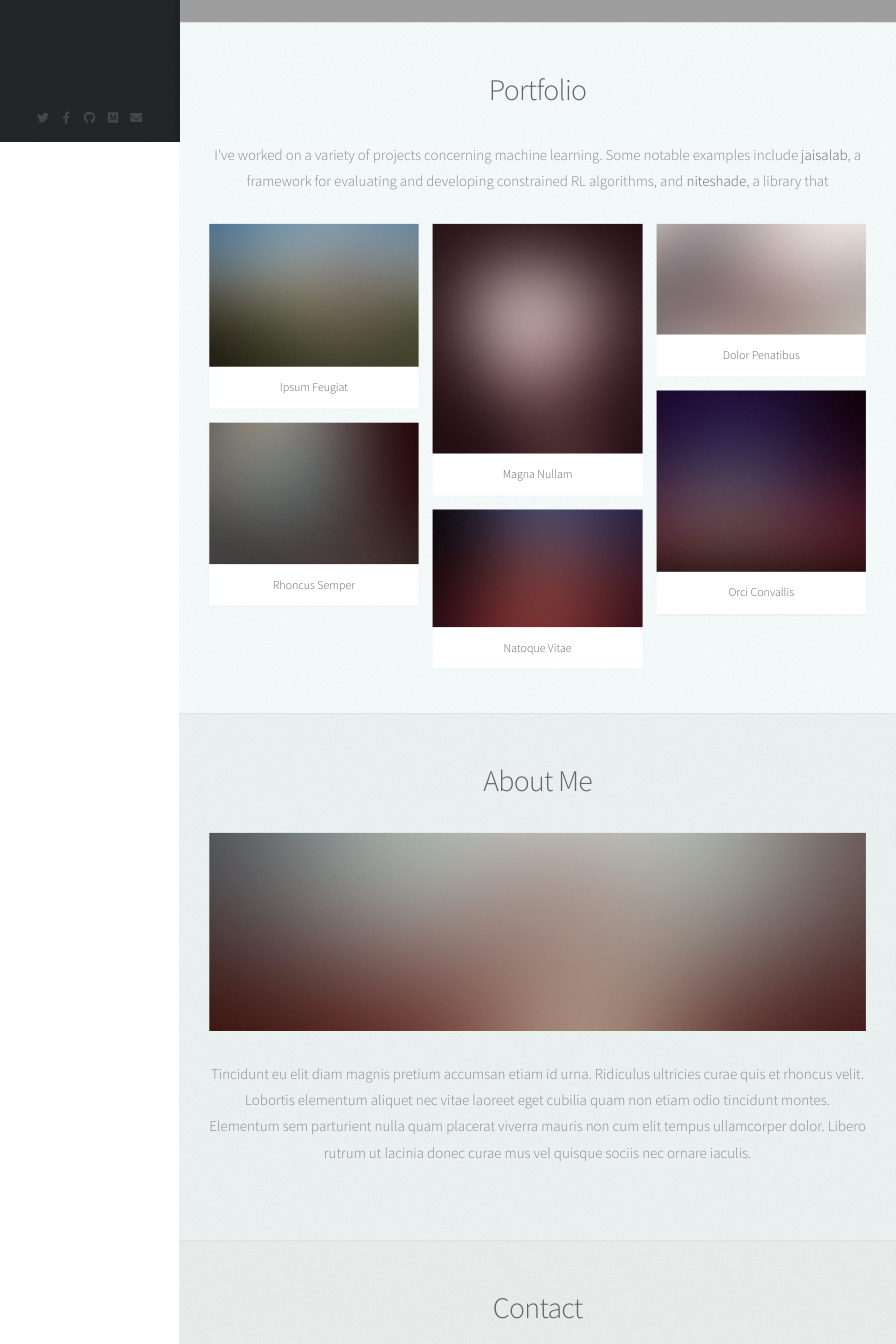
Repository: jaimesabalimperial/jaimesabalimperial.github.io
Page: index.html
The author's editor kept a copy of each file at every save. The page is drawn from the files as they stood at one save, then again after a run of saves.
The browser window is 1280 px wide. The pictures show the part of the page from y = 517 to 2437 px (the page is 3303 px tall before and 3341 px after), at 70% of full size.
Pictures or frames that could not be fetched are drawn as grey boxes.

Above is the page before, as saved 2022-10-04 11:56:22.

After the next 2 saves:
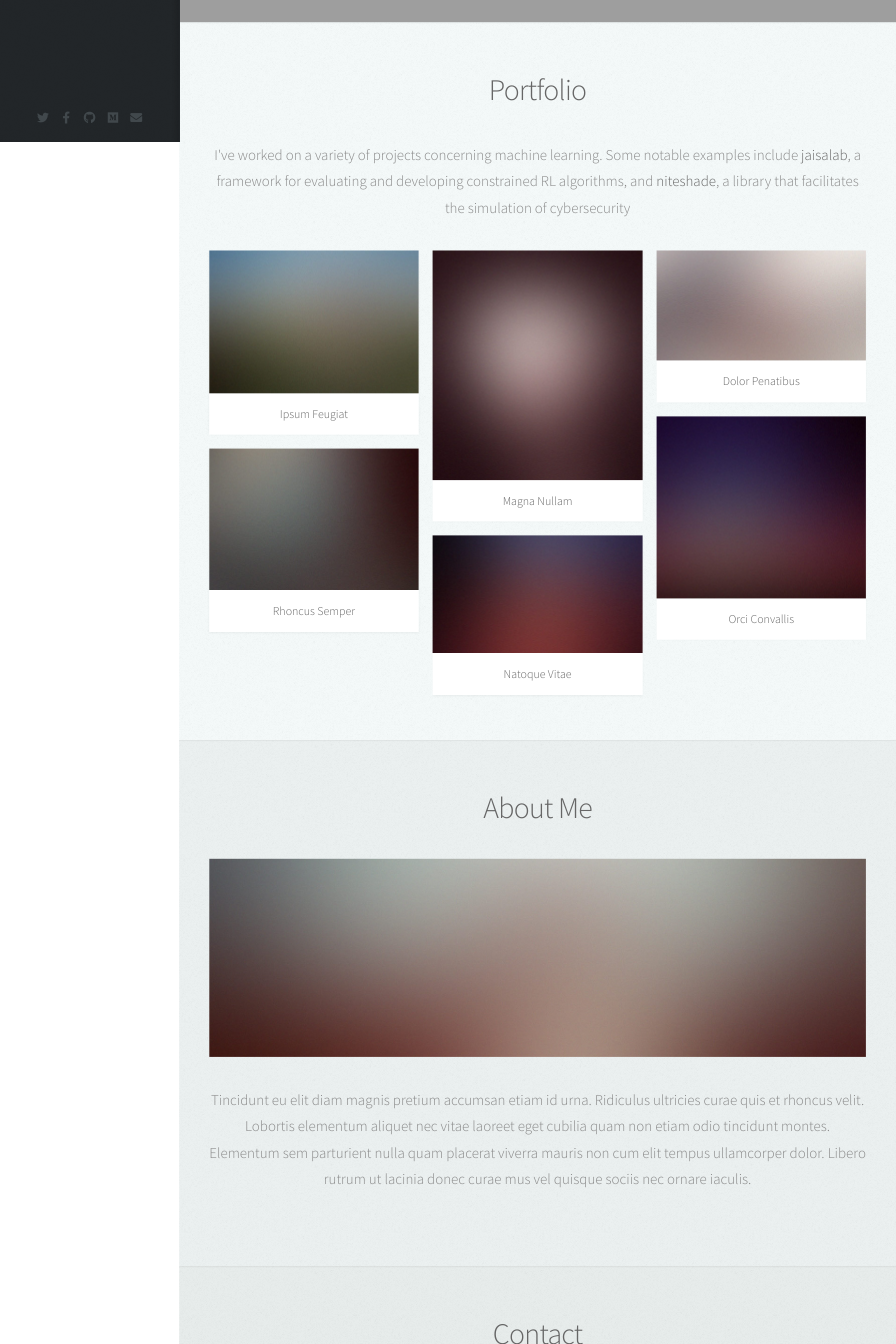
The 2 saves are shown as one change because they came seconds apart.
The last was saved 21 s later.
--- a/index.html
+++ b/index.html
@@ -83,7 +83,8 @@
 
 							<p>I've worked on a variety of projects concerning machine learning. Some notable
 							examples include <strong>jaisalab</strong>, a framework for evaluating and developing
-							constrained RL algorithms, and <strong>niteshade</strong>, a library that  </p>
+							constrained RL algorithms, and <strong>niteshade</strong>, a library that facilitates
+							the simulation of cybersecurity  </p>
 
 							<div class="row">
 								<div class="col-4 col-12-mobile">
